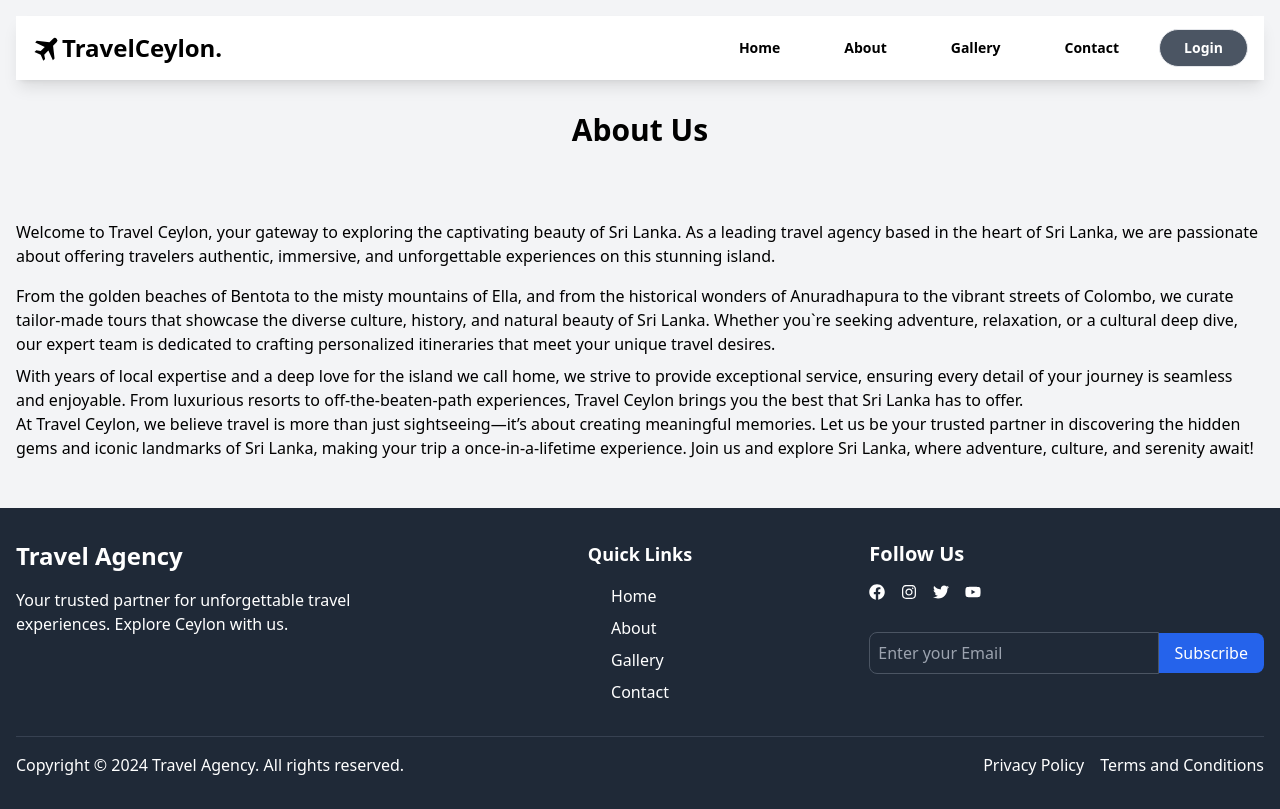
Repository: thisara199/Travel-Agency-Website
Page: /about
The author's editor kept a copy of each file at every save. The page is drawn from the files as they stood at one save, then again after the next save.
The browser window is 1280 px wide. The pictures show the whole page.
The project was rebuilt for these pictures with package versions that can differ from the ones it lists, and the page was loaded fresh each time. Also part of the build but not shown: vite.config.js, src/components/HeroSection/HeroSection.jsx, src/components/FeaturedDestination/FeaturedDestination.jsx, src/components/Testimonials/Testimonials.jsx, src/components/Banner/Banner.jsx, src/pages/Home.jsx.

Above is the page before, as saved 2024-09-04 19:30:46.

After the next save:
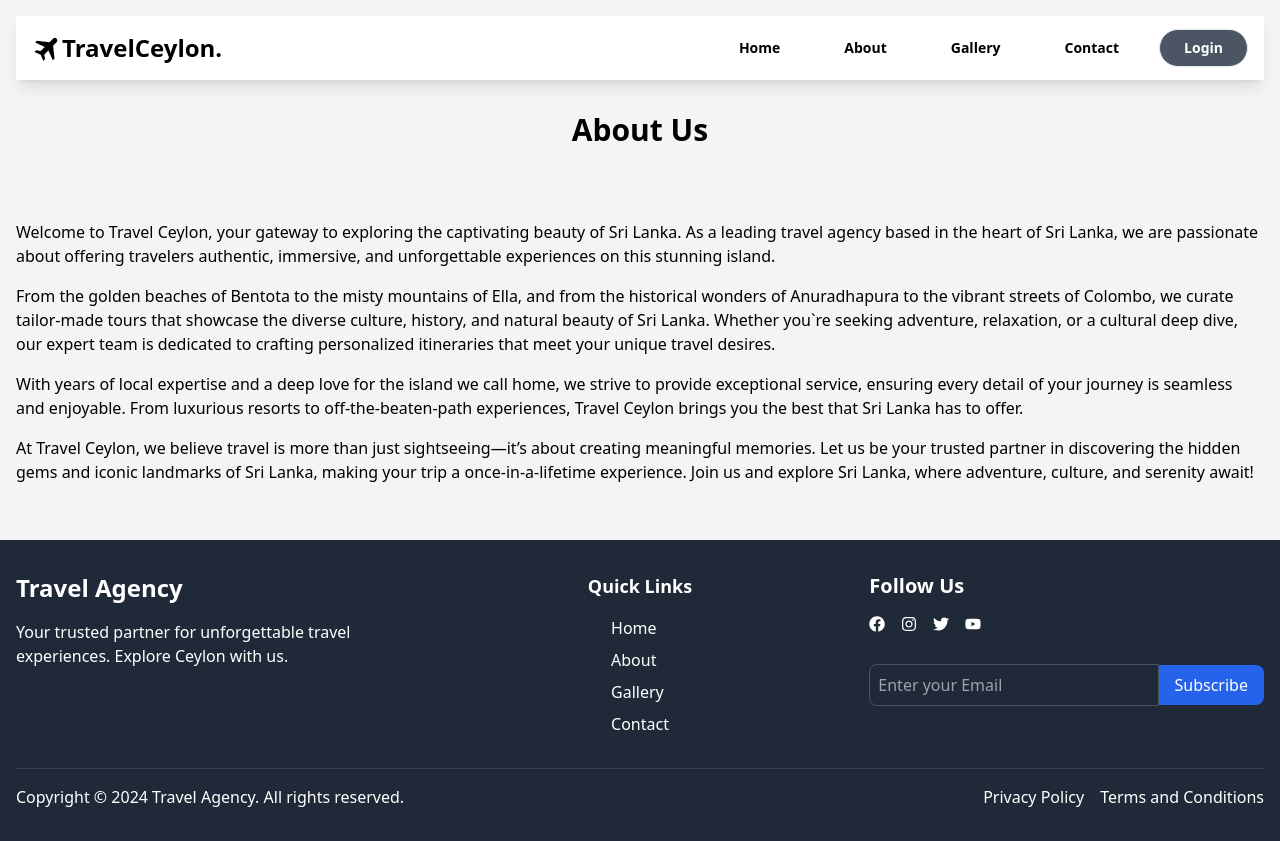
Saved 6 s later.
--- a/src/pages/About.jsx
+++ b/src/pages/About.jsx
@@ -7,8 +7,8 @@ const About = () => {
         <h2 className="my-16 text-3xl font-bold text-center">About Us</h2>
         <p className="py-2">Welcome to Travel Ceylon, your gateway to exploring the captivating beauty of Sri Lanka. As a leading travel agency based in the heart of Sri Lanka, we are passionate about offering travelers authentic, immersive, and unforgettable experiences on this stunning island.</p>
         <p className="py-2">From the golden beaches of Bentota to the misty mountains of Ella, and from the historical wonders of Anuradhapura to the vibrant streets of Colombo, we curate tailor-made tours that showcase the diverse culture, history, and natural beauty of Sri Lanka. Whether you`re seeking adventure, relaxation, or a cultural deep dive, our expert team is dedicated to crafting personalized itineraries that meet your unique travel desires.</p>
-        <p>With years of local expertise and a deep love for the island we call home, we strive to provide exceptional service, ensuring every detail of your journey is seamless and enjoyable. From luxurious resorts to off-the-beaten-path experiences, Travel Ceylon brings you the best that Sri Lanka has to offer.</p>
-        <p>At Travel Ceylon, we believe travel is more than just sightseeing—it’s about creating meaningful memories. Let us be your trusted partner in discovering the hidden gems and iconic landmarks of Sri Lanka, making your trip a once-in-a-lifetime experience. Join us and explore Sri Lanka, where adventure, culture, and serenity await!</p>
+        <p className="py-2">With years of local expertise and a deep love for the island we call home, we strive to provide exceptional service, ensuring every detail of your journey is seamless and enjoyable. From luxurious resorts to off-the-beaten-path experiences, Travel Ceylon brings you the best that Sri Lanka has to offer.</p>
+        <p className="py-2">At Travel Ceylon, we believe travel is more than just sightseeing—it’s about creating meaningful memories. Let us be your trusted partner in discovering the hidden gems and iconic landmarks of Sri Lanka, making your trip a once-in-a-lifetime experience. Join us and explore Sri Lanka, where adventure, culture, and serenity await!</p>
       </div>
     </div>
   )
